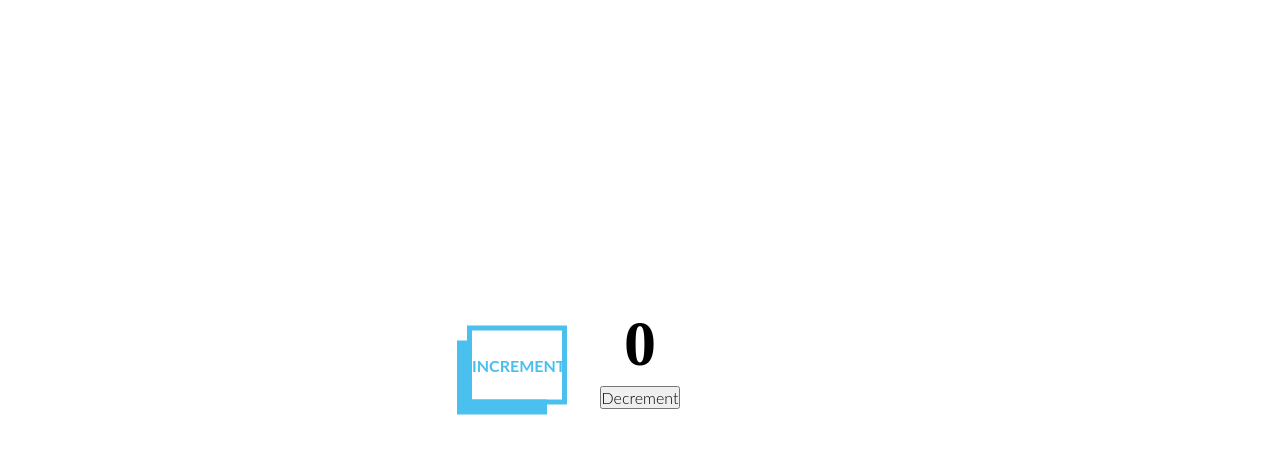
Repository: Ellisvelandia/react_introduction_test
Page: /
The author's editor kept a copy of each file at every save. The page is drawn from the files as they stood at one save, then again after a run of saves.
The browser window is 1280 px wide. The pictures show the whole page.
The project was rebuilt for these pictures with package versions that can differ from the ones it lists, and the page was loaded fresh each time. Also part of the build but not shown: src/index.css.

Above is the page before, as saved 2022-08-15 20:08:24.

After the next 2 saves:
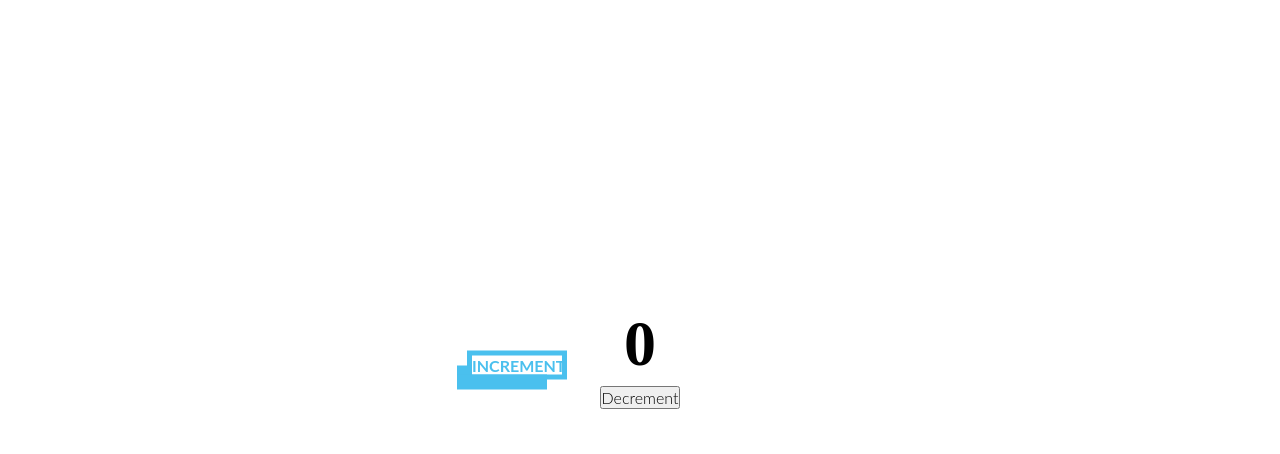
The 2 saves are shown as one change because they came seconds apart.
The last was saved 13 s later.
--- a/src/App.scss
+++ b/src/App.scss
@@ -38,7 +38,7 @@ button {
 
   background: #fff;
   max-width: 100px;
-  padding: 25px 0px;
+  padding: 25px -2px;
 
   border: 5px solid #4ac0ee;
   color: #4ac0ee;
